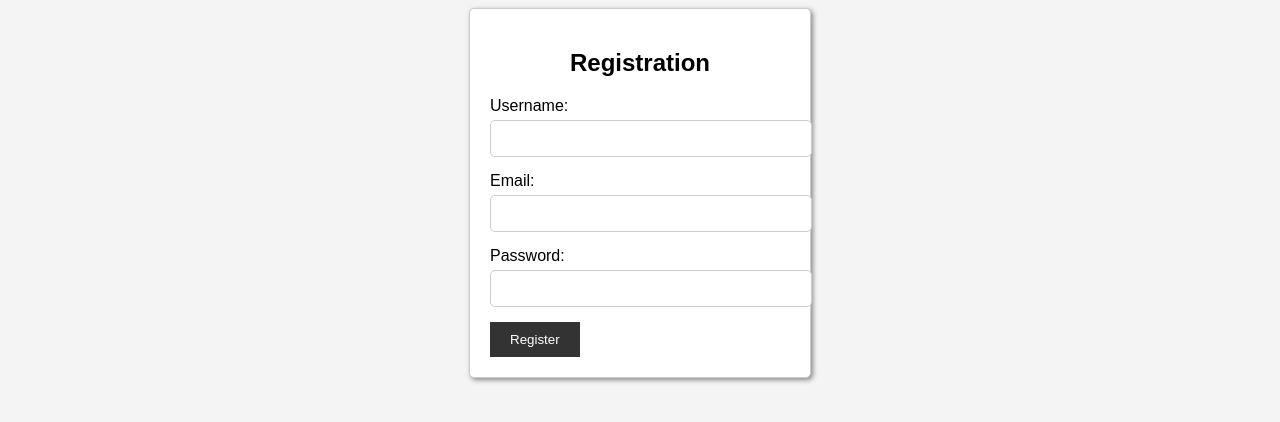
Repository: Ajay9554/javaPrograms
Page: http://localhost/loginPage/registration.jsp
The author's editor kept a copy of each file at every save. The page is drawn from the files as they stood at one save, then again after the next save.
The browser window is 1280 px wide. The pictures show the whole page.
The page is served by Tomcat 9.

Above is the page before, as saved 2023-10-15 19:06:12.

After the next save:
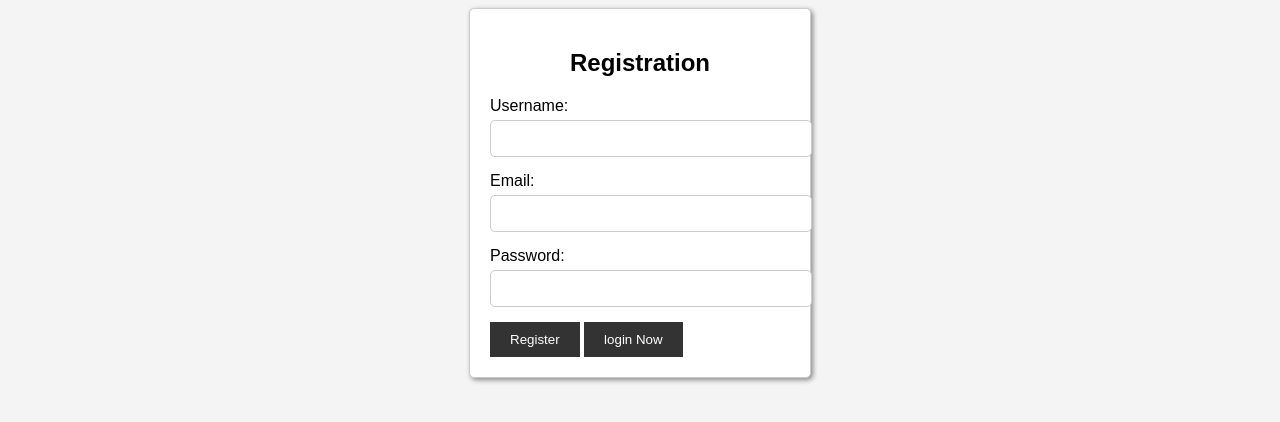
Saved 99 s later.
--- a/eclipse-workspace/aug1pro/loginPage/src/main/webapp/registration.jsp
+++ b/eclipse-workspace/aug1pro/loginPage/src/main/webapp/registration.jsp
@@ -25,6 +25,7 @@
                 <input type="password" id="password" name="password" required>
             </div>
             <button class="btn" type="submit">Register</button>
+            <button class="btn" type="submit">login Now</button>
         </form>
     </div>
     <script src="js/registration.js"></script>
